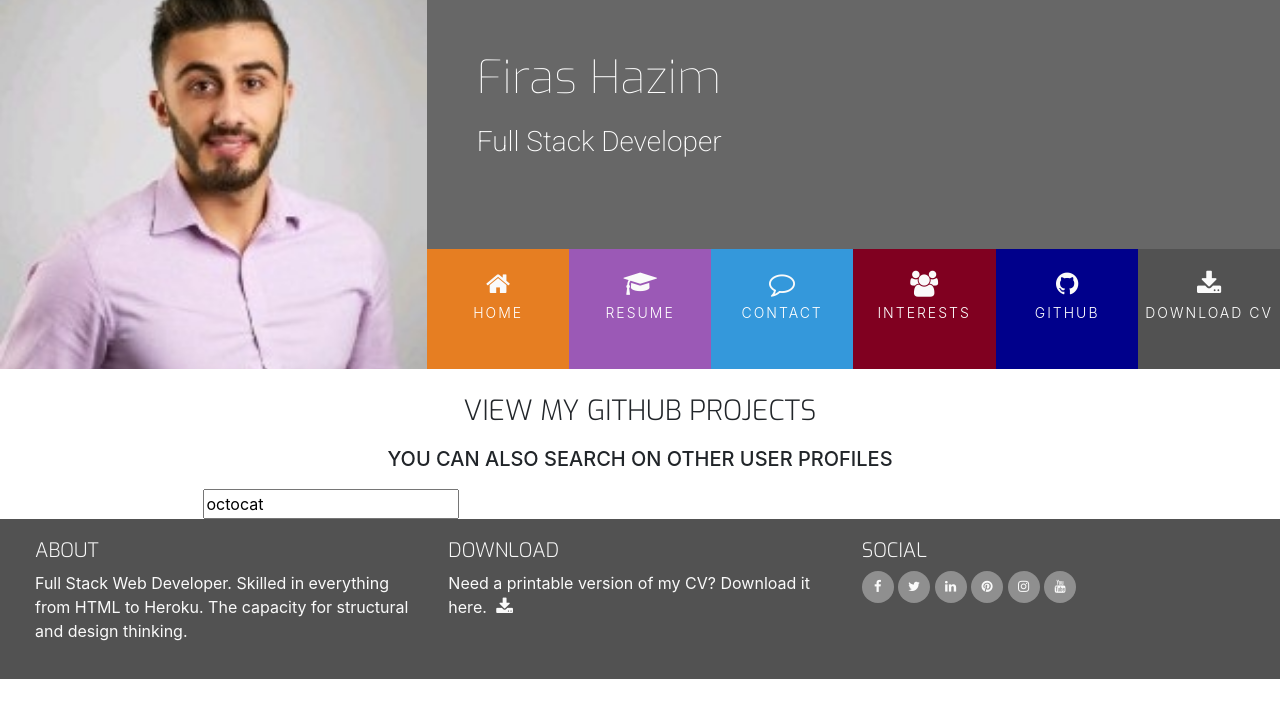
Repository: FirasH94/ResumeProject
Page: github.html
The author's editor kept a record of every edit. The page is drawn from the files as they stood at one moment, then again after the next edit.
The browser window is 1280 px wide. The pictures show the whole page.
Some web libraries are served in a nearby version.

Above is the page before.

After the next edit:
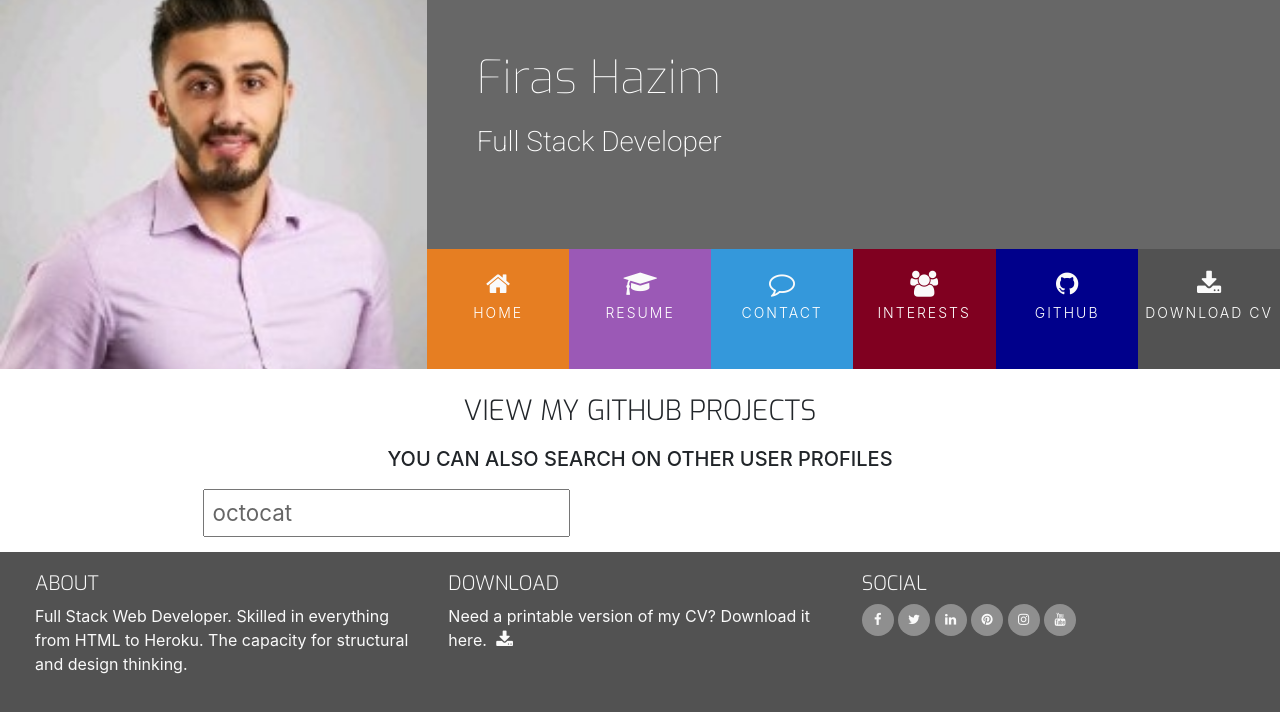
The edit:
--- a/github.html
+++ b/github.html
@@ -9,6 +9,7 @@
     <link rel="stylesheet" href="https://stackpath.bootstrapcdn.com/font-awesome/4.7.0/css/font-awesome.min.css" type="text/css" />
     <link rel="stylesheet" href="https://cdnjs.cloudflare.com/ajax/libs/hover.css/2.3.1/css/hover-min.css" type="text/css" />
     <link rel="stylesheet" href="assets/css/style.css" type="text/css" />
+    <link rel="stylesheet" href="assets/css/github-style.css" type="text/css" />
 
     <script src="https://ajax.googleapis.com/ajax/libs/jquery/3.2.1/jquery.min.js"></script>
     <script type="text/javascript" src="assets/js/github-information.js"></script>
